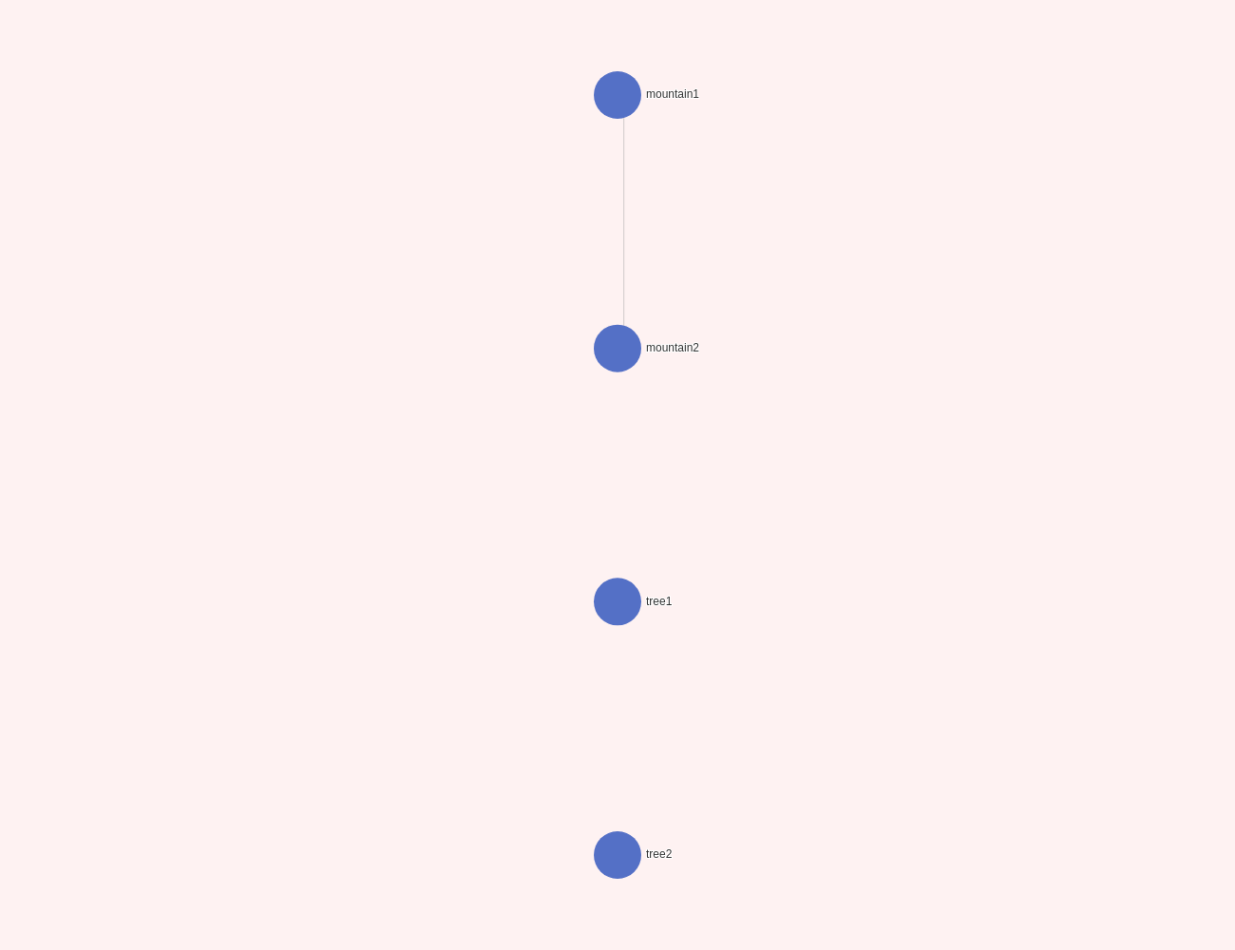
Repository: gaosth/Eyesee
Page: /link
These files come from the project's save history. The page is drawn as it stood at one moment and after the next save; the edit follows.
The browser window is 1280 px wide. The page is 1300 px wide, so the pictures cover 1300 px, including what lies to the right of the window. The pictures show the whole page, at 95% of full size.
The project was rebuilt for these pictures with package versions that can differ from the ones it lists, and the page was loaded fresh each time. Also part of the build but not shown: vite.config.js, src/components/WelcomeItem.vue, src/components/icons/IconDocumentation.vue, src/components/icons/IconTooling.vue, src/components/icons/IconEcosystem.vue, src/components/icons/IconCommunity.vue, src/components/icons/IconSupport.vue, src/components/TheWelcome.vue and 16 more.

Above is the page before, as saved 2024-03-19 14:38:01.

### src/main.js
import './assets/main.css'

import { createApp } from 'vue'
import { createPinia } from 'pinia'

import App from './App.vue'
import router from './router'
import axios from 'axios'

axios.defaults.baseURL = 'http://127.0.0.1:8000'

const app = createApp(App)

app.use(createPinia())
// app.use(router)
app.use(router,axios)

app.mount('#app')

### src/App.vue
<template>
  <main>
    <RouterView />
  </main>
</template>

### src/router/index.js
import { createRouter, createWebHistory } from 'vue-router'
import HomeView from '../views/HomeView.vue'
import Agent from '../views/Agent.vue'
import Heatmap from '../components/Heatmap.vue'
import Test from '../views/reference.vue'
import DetailView from '../views/DetailView.vue'
import Detail2View from '../views/Detail2View.vue'
import AnalyzeView from '../views/AnalyzeView.vue'
import Sankey from '../components/Sankey.vue'
import LinkView from '../components/imgLink.vue'

const router = createRouter({
  history: createWebHistory(import.meta.env.BASE_URL),
  routes: [
    {
      path: '/',
      name: 'home',
      component: Agent
    },
    {
      path: '/about',
      name: 'about',
      // route level code-splitting
      // this generates a separate chunk (About.[hash].js) for this route
      // which is lazy-loaded when the route is visited.
      component: () => import('../views/AboutView.vue')
    },
    {
      path: '/Agent',
      name: 'Agent',
      component: Agent
    },
    {
      path: '/Heatmap',
      name: 'Heatmap',
      component: Heatmap
    },
    {
      path: '/test',
      name: 'test',
      component: Test
    },
    {
      path: '/detail',
      name: 'detail',
      component: DetailView
    },
    {
      path: '/detail2',
      name: 'detail2',
      component: Detail2View
    },
    {
      path: '/analyze',
      name: 'analyze',
      component: AnalyzeView
    },
    {
      path: '/sankey',
      name: 'sankey',
      component: Sankey
    },
    {
      path: '/link',
      name: 'link',
      component: LinkView
    },
  ]
})

export default router

### src/components/imgLink.vue
<template>
    <div ref="chartDom" class="chartDom bg-red-50" style="width: 1300px;height:1000px;">
    </div>
  </template>

  <script setup>
  import * as echarts from 'echarts'
  import { ref, onMounted, watch } from 'vue'
  const chartDom = ref()

  const option = {
    tooltip: {
    },
    series: {
            type: 'graph',
            layout: 'none',
            data: [
            {
                id: '0',
                name: 'mountain1',
                symbolSize: 50,
                x: 100,
                y: 100

            },
            {
                id: '1',
                name: 'mountain2',
                symbolSize: 50,
                x: 100,
                y: 120
            },
            {
                id: '2',
                name: 'tree1',
                symbolSize: 50,
                x: 100,
                y: 140
            },
            {
                id: '3',
                name: 'tree2',
                symbolSize: 50,
                x: 100,
                y: 160
            },
            ],
            links: [
            {
                source: '0',
                target: '1',
            },
            ],
            roam: true,
            label: {
                show: true,
                position: 'right',
                formatter: '{b}'
            },
            labelLayout: {
                hideOverlap: true
            },
            scaleLimit: {
                min: 0.4,
                max: 2
            },
        }
  }
  // 不赋值给ref响应式Proxy对象
  let chart

  onMounted(() => {
    chart = echarts.init(chartDom.value)
    chart.setOption(option)
  })
  </script>

Loaded but not shown: index.html (common file); src/assets/main.css (common file); tailwind.config.js (common file)

After the next save:
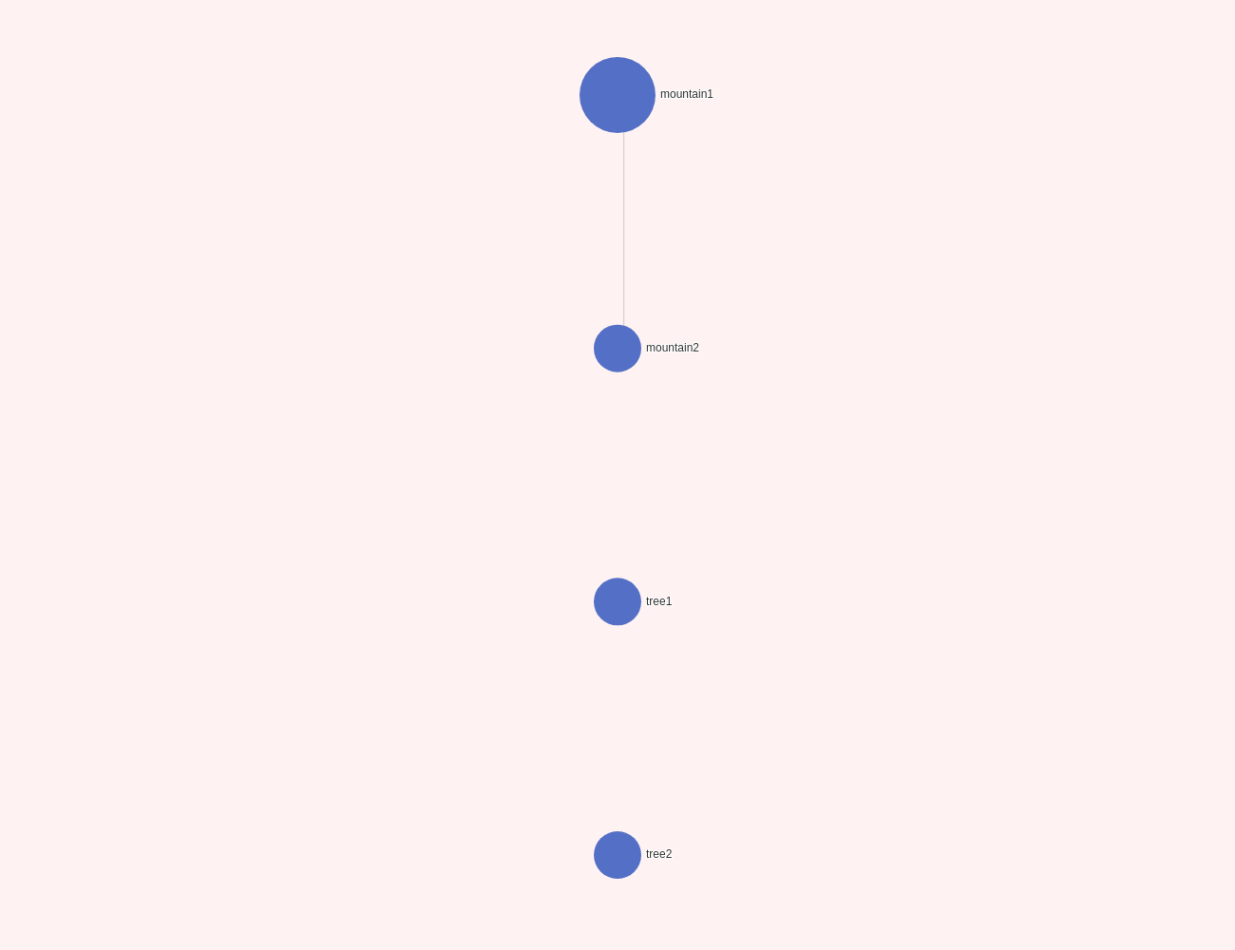
Saved 12 s later.
--- a/src/components/imgLink.vue
+++ b/src/components/imgLink.vue
@@ -18,7 +18,7 @@
             {
                 id: '0',
                 name: 'mountain1',
-                symbolSize: 50,
+                symbolSize: 80,
                 x: 100,
                 y: 100
 
